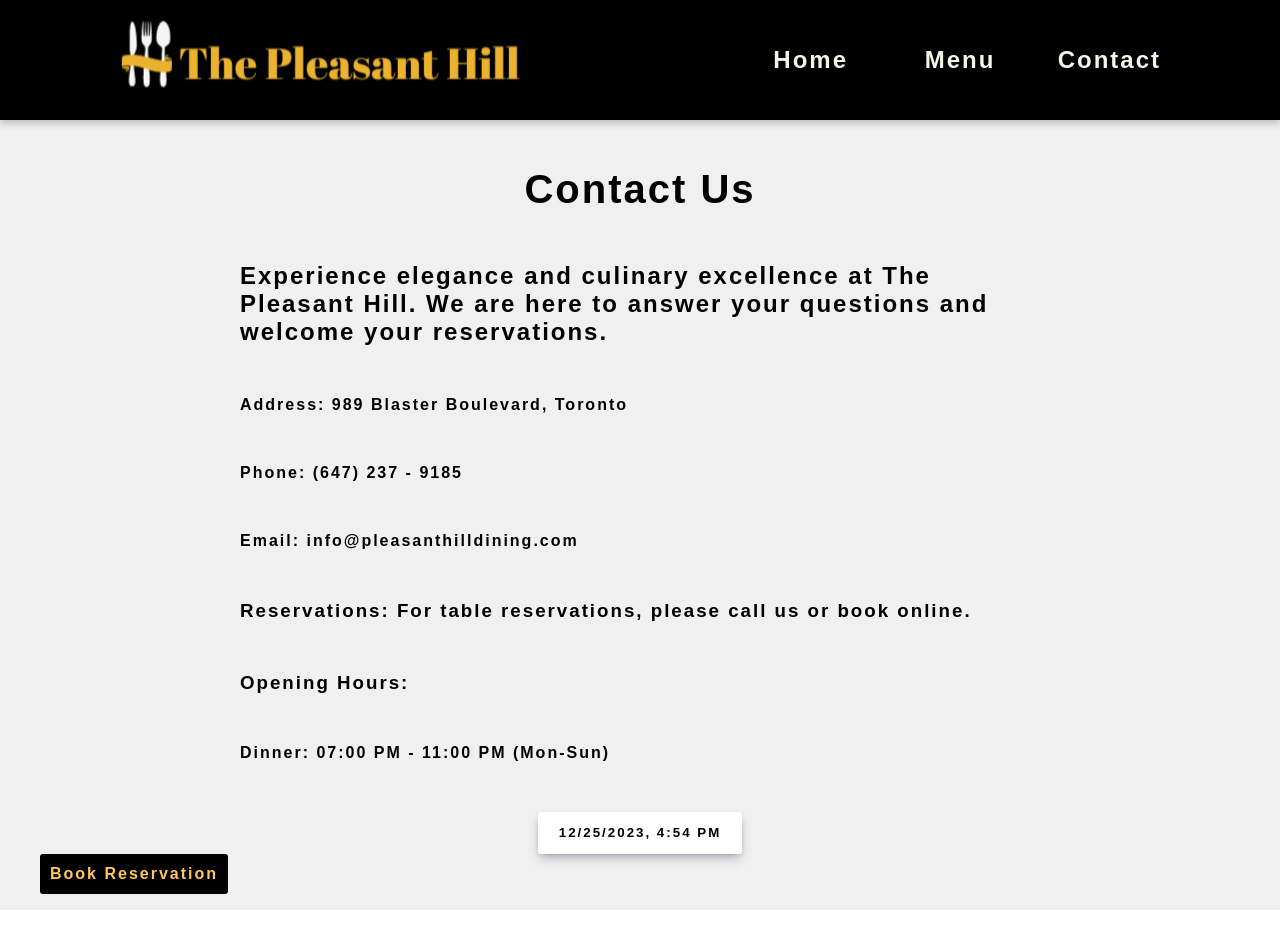
Repository: shayanabedi98/pleasant-hill-restaurant
Page: /, after clicking the first element matching `ul > :nth-child(3)`
An editor plug-in stored every save of this project. The page is shown before and after the next save, followed by the edit.
The browser window is 1280 px wide. The pictures show the part of the page from y = 0 to 944 px (the page is 1344 px tall before and 1354 px after).
Pictures or frames that could not be fetched are drawn as grey boxes. Some web fonts or font styles are not loaded; a fallback is used. The project was rebuilt for these pictures with package versions that can differ from the ones it lists, and the page was loaded fresh each time. Also part of the build but not shown: vite.config.js, src/components/MenuList.jsx, src/components/Appetizers.jsx, src/components/Entrees.jsx, src/components/Desserts.jsx, src/components/Drinks.jsx, src/components/Menu.jsx, src/index.css.

Above is the page before, as saved 2024-01-08 16:59:15.

After the next save:
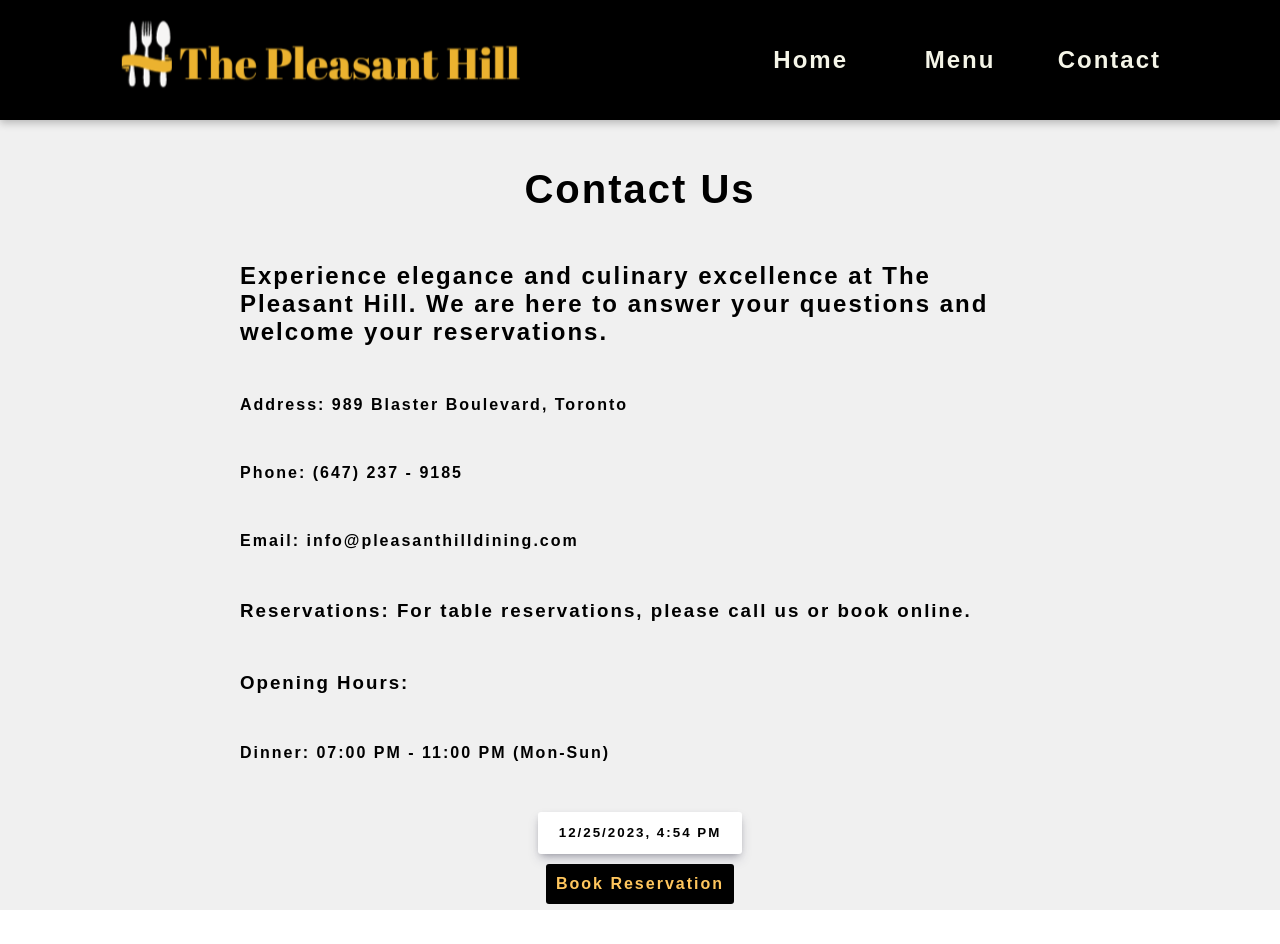
Saved 11 s later.
--- a/src/App.css
+++ b/src/App.css
@@ -267,6 +267,7 @@ body {
   padding: 10px;
   border-radius: 3px;
   display: block;
+  margin: 10px auto;
 }
 
 .iframe-div {
